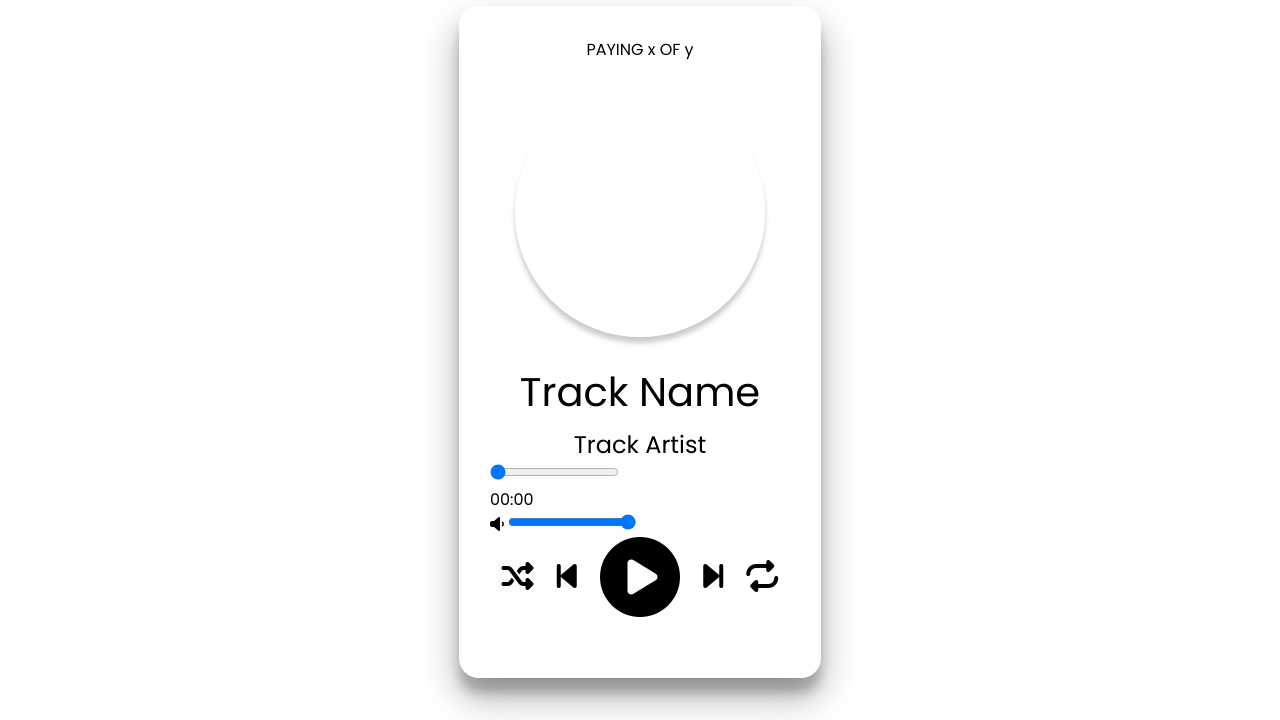
Repository: NguyenVietPhuQuy/Javascript-AudioPlayer
Page: index.html
An editor plug-in stored every save of this project. The page is shown before and after the next save, followed by the edit.
The browser window is 1280 px wide. The pictures show the whole page.

Above is the page before, as saved 2022-11-09 08:35:07.

### index.html
<!DOCTYPE html>
<html lang="en">
<head>
    <meta charset="UTF-8">
    <meta http-equiv="X-UA-Compatible" content="IE=edge">
    <meta name="viewport" content="width=device-width, initial-scale=1.0">
    <title>Music Player</title>
    <!--Font-Awesome-->
    <link rel="stylesheet" href="https://cdnjs.cloudflare.com/ajax/libs/font-awesome/6.2.0/css/all.min.css">
    <!--Css-->
    <link rel="stylesheet" href="index.css">
</head>
<body>
    <div class="player">
        <div class="wrapper">
            <div class="details">
                <div class="now-playing">PAYING x OF y</div>
                <div class="track-art"></div>
                <div class="track-name">Track Name</div>
                <div class="track-artist">Track Artist</div>
            </div>

            <div class="slider_container">
                <div class="current-time"></div>
                <input type="range" min="1" max="100" value="0"
                class="seek_slider" onchange="seekTo()">
                <div class="total-duration">00:00</div>
            </div>

            <div class="slider_container">
                <i class="fa fa-volume-down"></i>
                <input type="range" min="1" max="100" value="99"
                class="volume_slider" onchange="setVolume()">
            </div>

            <div class="buttons">
                <div class="random-track">
                    <i class="fas fa-random fa-2x" title="random"
                    onclick="randomTrack()"></i>
                </div>

                <div class="prev-track">
                    <i class="fas fa-step-backward fa-2x"
                    onclick="prevTrack()"></i>
                </div>

                <div class="playePause-track">
                    <i class="fas fa-play-circle fa-5x"
                    onclick="playPauseTrack()"></i>
                </div>

                <div class="next-track">
                    <i class="fas fa-step-forward fa-2x"
                    onclick="nextTrack()"></i>
                </div>

                <div class="repeat-track">
                    <i class="fas fa-repeat fa-2x" title="repeat"
                    onclick="repeatTrack()"></i>
                </div>
            </div>

            <div id="wave">
                <span class="stroke"></span>
                <span class="stroke"></span>
                <span class="stroke"></span>
                <span class="stroke"></span>
                <span class="stroke"></span>
                <span class="stroke"></span>
                <span class="stroke"></span>
            </div>
        </div>
    </div>
    <!--Main-->
    <script src="index.js"></script>
</body>
</html>

### index.css
/*Font Google and base*/
@import url('https://fonts.googleapis.com/css2?family=Poppins&display=swap');
*{
    font-family: 'Poppins',sans-serif;
    box-sizing: border-box;
    margin: 0 auto;
}
img{
    width: 100%;
}
/*Main*/
.player{
    height: 95vh;
    display: flex;
    align-items: center;
    flex-direction: column;
    justify-content: center;
}
.wrapper{
    border: 1px solid transparent;
    padding: 30px;
    border-radius: 20px;
    box-shadow: rgba(0, 0, 0, 0.3) 0 19px 38px, rgba(0, 0, 0, 0.22) 0 15px 12px
}
.details{
    display: flex;
    align-items: center;
    flex-direction: column;
    justify-content: center;
}
.track-art{
    margin: 25px;
    height: 250px;
    width: 250px;
    border: 2px solid #fff;
    background-size: cover;
    background-position: center;
    box-shadow: 0px 6px 5px #ccc;
    border-radius: 190px;
}
.now-playing {
    font-size: 1rem;
}
.track-name{
    font-size: 2.5rem;
}
.track-artist{
    margin-top: 5px;
    font-size: 1.5rem;
}
.buttons{
    display: flex;
    flex-direction: row;
    align-items: center;
    margin-bottom: 30px;
}

Loaded but not shown: index.js (no copy from this time; the picture is the same without it)

After the next save:
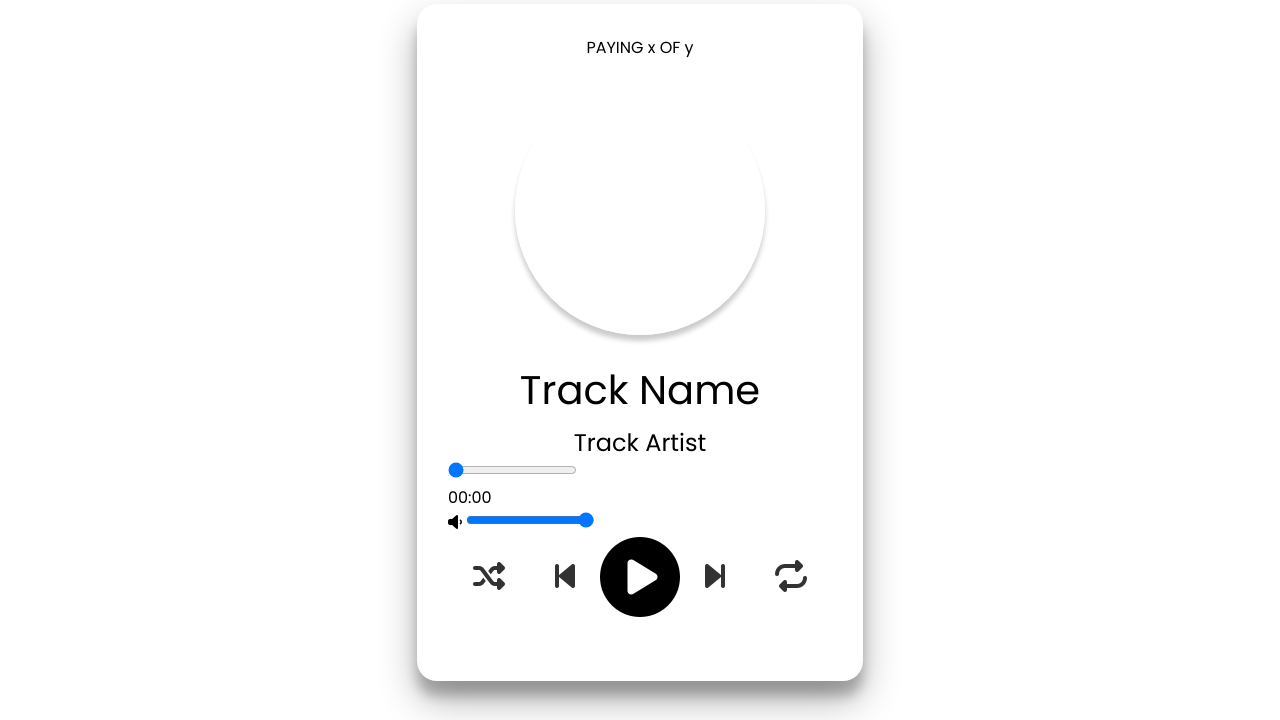
Saved 51 s later.
--- a/index.css
+++ b/index.css
@@ -54,3 +54,12 @@ img{
     align-items: center;
     margin-bottom: 30px;
 }
+.active{
+    color: black;
+}
+.repeat-track,.random-track,.playPause-track,
+.prev-track,.next-track{
+    padding: 25px;
+    opacity: 0.8;
+    transition: opacity .2s;
+}
